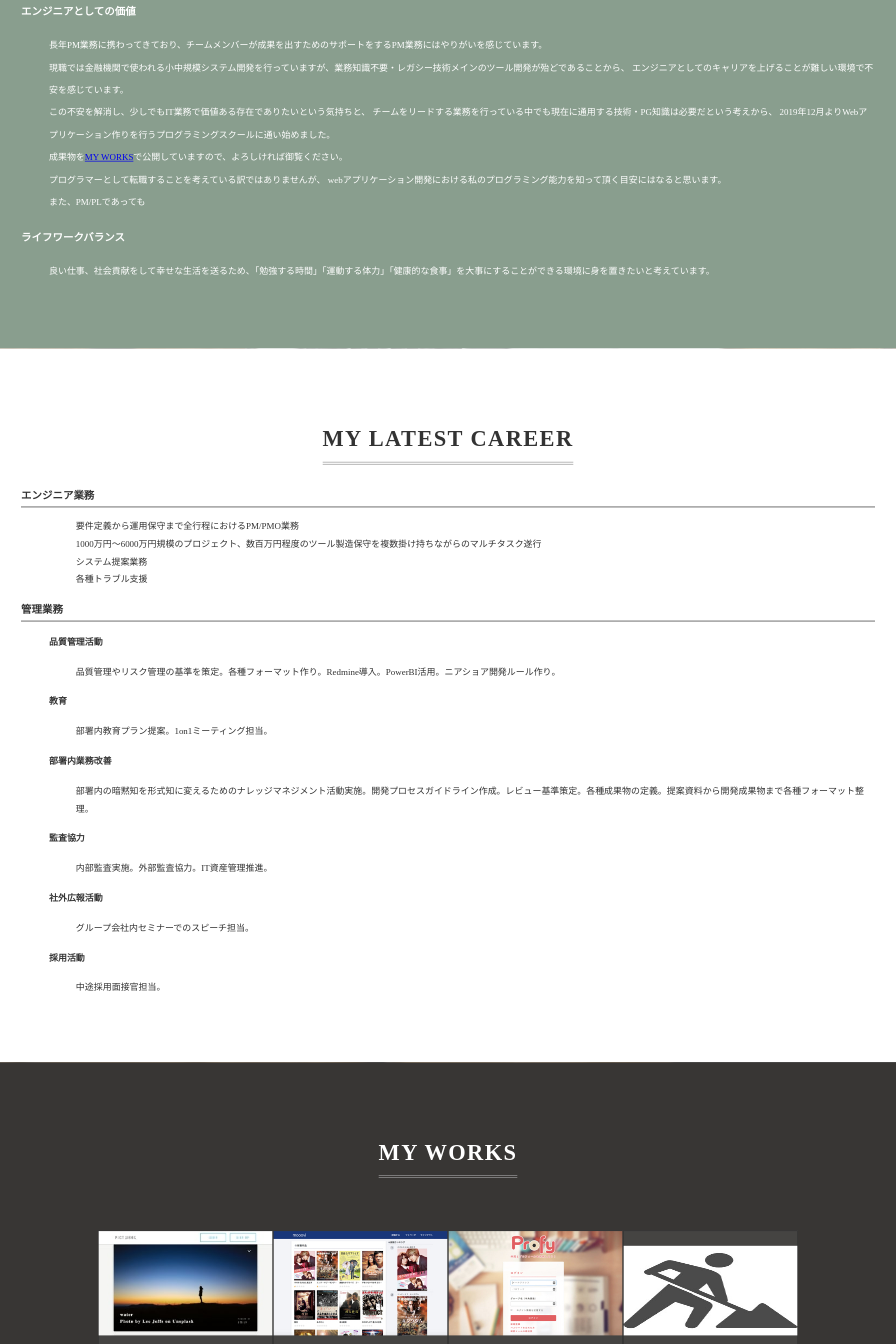
Repository: dackelteckel/myworks
Page: index.html
The author's editor kept a record of every edit. The page is drawn from the files as they stood at one moment, then again after the next edit.
The browser window is 1280 px wide. The pictures show the part of the page from y = 954 to 2874 px (the page is 3192 px tall before and 3160 px after), at 70% of full size.
Backgrounds fixed to the window are drawn as part of the page.

Above is the page before.

After the next edit:
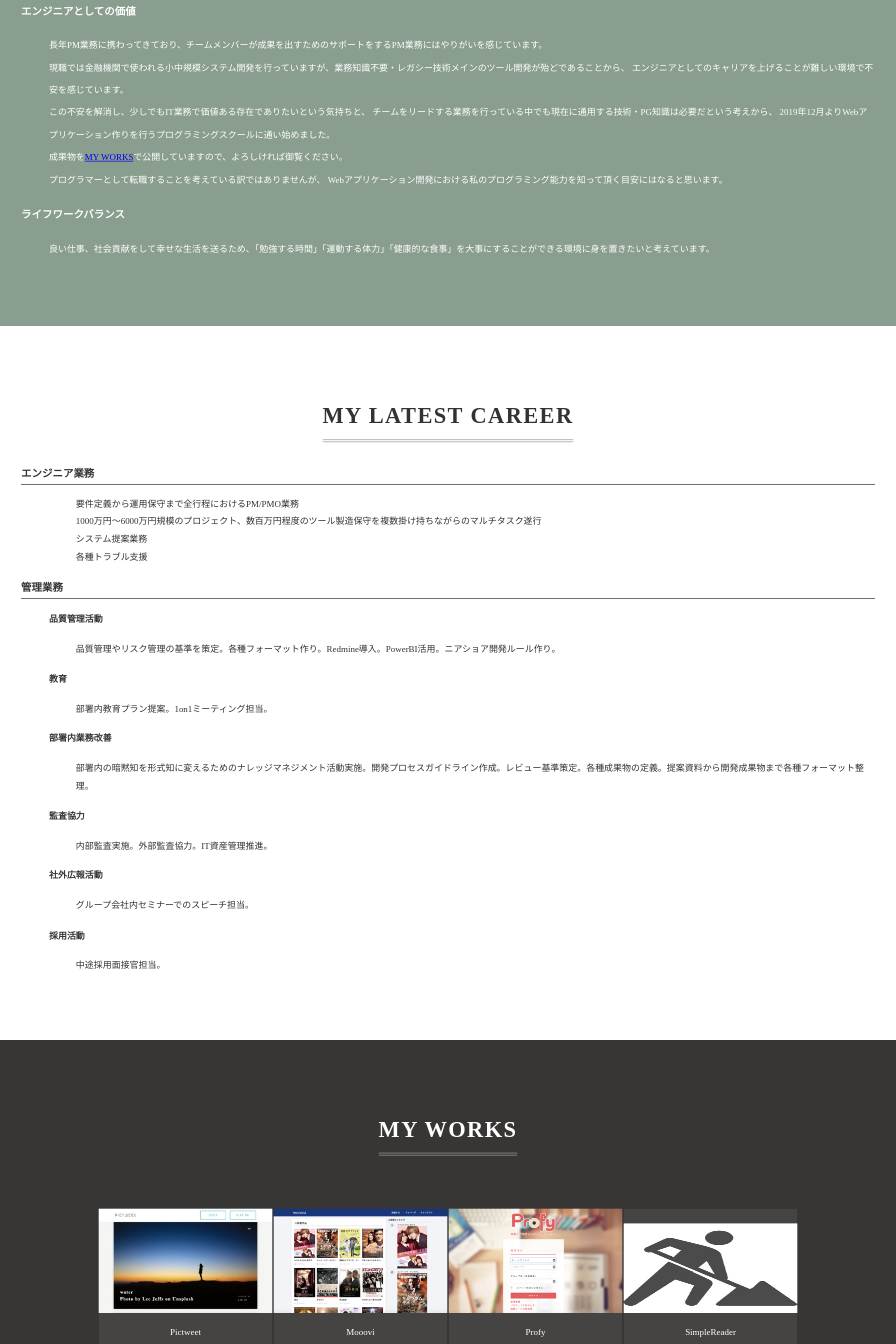
The edit:
--- a/index.html
+++ b/index.html
@@ -86,8 +86,7 @@
         <!--<li class="note">-->
         <li class="note">
           プログラマーとして転職することを考えている訳ではありませんが、
-          webアプリケーション開発における私のプログラミング能力を知って頂く目安にはなると思います。<br>
-          また、PM/PLであっても
+          Webアプリケーション開発における私のプログラミング能力を知って頂く目安にはなると思います。
         </li>
       </ul>
       <h3>ライフワークバランス</h3>
